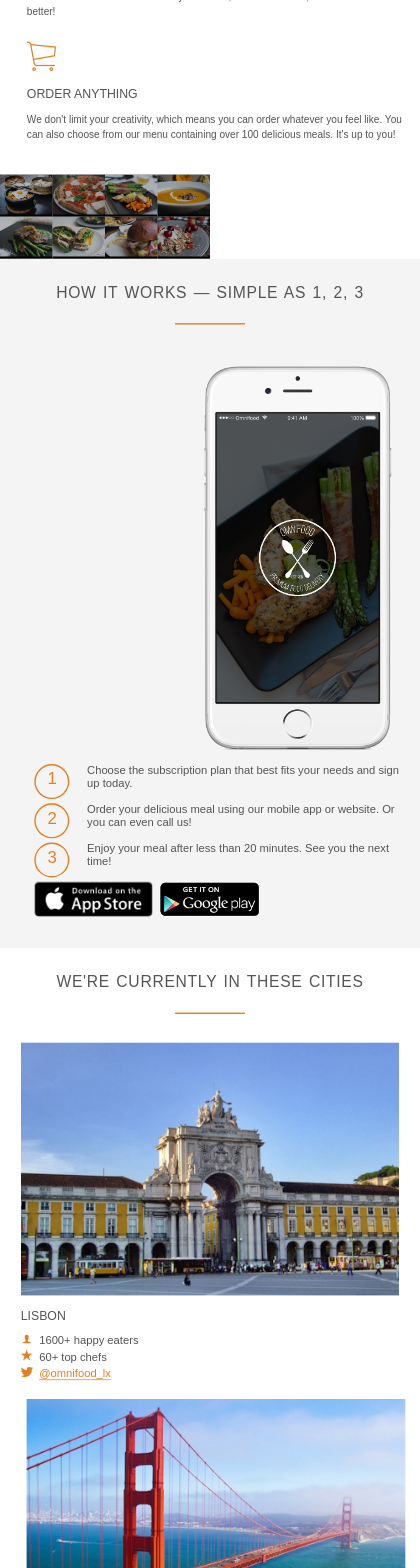
Repository: pboi18/E-Foods
Page: index.html
These files come from the project's save history. The page is drawn as it stood at one moment and after the next save; the edit follows.
The browser window is 600 px wide. The pictures show the part of the page from y = 1551 to 3791 px (the page is 8005 px tall before and 9716 px after), at 70% of full size.
Backgrounds fixed to the window are drawn as part of the page.

Above is the page before, as saved 2020-07-20 18:42:39.

### index.html
<!DOCTYPE html>
<html lang="en">
   <head>
      <meta name="viewport" content="width=device-width, initial-scale=1.0">
      <meta http-equiv="Content-Type" content="text/html;charset=UTF-8">
      <link rel="stylesheet" href="vendors/css/normalize.css">
      <link rel="stylesheet" href="vendors/css/7.1 Grid.css">
      <link rel="stylesheet" href="vendors/css/ionicons.min.css">
      <link rel="stylesheet" href="resources/css/style.css">
      <link rel="stylesheet" href="resources/css/quaries.css">
      <link href='http://fonts.googleapis.com/css?family=Lato:100,300,400,300italic' rel='stylesheet' type='text/css'>
      <title>Ominifoods</title>
   </head>

   <body>
      <header>
         <nav>
               <div class="row">
                  <img src="resources/img/logo-white.png" alt="Ominifood logo" class="logo">

                  <ul class="main-nav">
                     <li><a href="#">Food delivery</a></li>
                     <li><a href="#">How it works</a></li>
                     <li><a href="#">Our cities</a></li>
                     <li><a href="#">Sign up</a></li>
                  </ul>

               </div>
         </nav>
         <div class="hero-text-box">
               <h1>Goodbye junk food. <br> Hello super healthy meals.</h1>
               <a href="#" class="btn btn-full">I’m hungry </a>
               <a href="#" class="btn btn-ghost">Show me more </a>
         </div>

      </header>

      <section class="section-features">
         <div class="row">
               <h2>Get food fast &mdash; not fast food</h2>
               <p class="long-copy">
                  Hello, we’re Omnifood, your new premium food delivery service. We know you’re always busy. No time for cooking. So let us take care of that, we’re really good at it, we promise!
               </p>
         </div>

         <div class="row">
               <div class="col span-1-of-4 box">
                  <i class="ion-ios-infinite-outline icon-big"></i>
                  <h3>Up to 365 days/year</h3>
                  <p>
                     Never cook again! We
                     really mean that. Our subscription
                     plans include up to 365
                     days/year coverage. You can
                     also choose to order more
                     flexibly if that's your style.
                  </p>
               </div>

               <div class="col span-1-of-4 box">
                  <i class="ion-ios-stopwatch-outline icon-big"></i>
                  <h3>Ready in 20 minutes</h3>
                  <p>
                     You're only twenty minutes
                     away from your delicious and
                     super healthy meals delivered
                     right to your home. We work
                     with the best chefs in each
                     town to ensure that you're
                     100% happy.
                  </p>
               </div>

               <div class="col span-1-of-4 box">
                  <i class="ion-ios-nutrition-outline icon-big"></i>
                  <h3>100% organic</h3>
                  <p>
                     All our vegetables are fresh, organic and local. Animals are raised without added hormones or antibiotics. Good for your health, the environment, and it also tastes better!
                  </p>
               </div>

               <div class="col span-1-of-4 box">
                  <i class="ion-ios-cart-outline icon-big"></i>
                  <h3>Order anything</h3>
                  <p>
                     We don't limit your creativity, which means you can order whatever you feel like. You can also choose from our menu containing over 100 delicious meals. It's up to you!
                  </p>
               </div>
         </div>
      </section>

      <section class="section-meals">
         <ul class="meals-showcase clearfix">
               <li>
                  <figure class="meal-photo">
                     <img src="resources/img/1.jpg" alt="Korean bibimbap with egg and vegetables">
                  </figure>
               </li>
               <li>
                  <figure class="meal-photo">
                     <img src="resources/img/2.jpg" alt="Simple italian pizza with cherry tomatoes">
                  </figure>
               </li>
               <li>
                  <figure class="meal-photo">
                     <img src="resources/img/3.jpg" alt="Chicken breast steak with vegetables ">
                  </figure>
               </li>
               <li>
                  <figure class="meal-photo">
                     <img src="resources/img/4.jpg" alt="Autumn pumpkin soup">
                  </figure>
               </li>
         </ul>

         <ul class="meals-showcase clearfix">
               <li>
                  <figure class="meal-photo">
                     <img src="resources/img/5.jpg" alt="Paleo beef steak with vegetables">
                  </figure>
               </li>
               <li>
                  <figure class="meal-photo">
                     <img src="resources/img/6.jpg" alt="Healthy baguette with egg and vegetables">
                  </figure>
               </li>
               <li>
                  <figure class="meal-photo">
                     <img src="resources/img/7.jpg" alt="Burger with cheddar and bacon">
                  </figure>
               </li>
               <li>
                  <figure class="meal-photo">
                     <img src="resources/img/8.jpg" alt="Granola with cherries and strawberries">
                  </figure>
               </li>
         </ul>
      </section>

      <section class="section-steps">
         <div class="row">
               <h2>How it works &mdash; Simple as 1, 2, 3</h2>
         </div>
         <div class="row">
               <div class="col span-1-of-2 steps-box">
                  <img src="resources/img/app-iPhone.png" alt="Ominifood app on iphone" class="app-screen">
               </div>

               <div class="col span-1-of-2 steps-box">
                  <div class="works-step">
                     <div>1</div>
                     <p>Choose the subscription plan that best fits your needs and sign up today.</p>
                  </div>
                  <div class="works-step">
                     <div>2</div>
                     <p>Order your delicious meal using our mobile app or website. Or you can even call us!</p>
                  </div>
                  <div class="works-step">
                     <div>3</div>
                     <p>Enjoy your meal after less than 20 minutes. See you the next time!</p>
                  </div>

                  <a href="#" class="btn-app">
                     <img src="resources/img/download-app.png " alt="App Store Button">
                  </a>
                  <a href="#" class="btn-app" >
                     <img src="resources/img/download-app-android.png" alt="play Store Button">
                  </a>

               </div>
         </div>
      </section>


      <section class="section-cities">
         <div class="row">
            <h2>
               We're currently in these cities
            </h2>
         </div>

         <div class="row">
            <div class="col span-1-of-4 box">
               <img src="resources/img/lisbon-3.jpg" alt="Lisbon">
               <h3>Lisbon</h3>
               <div class="city-feature">
                  <i class="ion-ios-person icon-small"></i>
                  1600+ happy eaters
               </div>
               <div class="city-feature">
                  <i class="ion-ios-star icon-small"></i>
                  60+ top chefs
               </div>
               <div class="city-feature">
                  <i class="ion-social-twitter icon-small"></i>
                  <a href="#">@omnifood_lx</a>
               </div>
            </div>

            <div class="col span-1-of-4 box">
               <img src="resources/img/san-francisco.jpg" alt="San Francisco">
               <h3>San Francisco</h3>
               <div class="city-feature">
                  <i class="ion-ios-person icon-small"></i>
                  3700+ happy eaters
               </div>
               <div class="city-feature">
                  <i class="ion-ios-star icon-small"></i>
                  160+ top chefs
               </div>
               <div class="city-feature">
                  <i class="ion-social-twitter icon-small"></i>
                  <a href="#">@omnifood_sf</a>
               </div>
            </div>

            <div class="col span-1-of-4 box">
               <img src="resources/img/berlin.jpg" alt="Berlin">
               <h3>Berlin</h3>
               <div class="city-feature">
                  <i class="ion-ios-person icon-small"></i>
                  2300+ happy eaters
               </div>
               <div class="city-feature">
                  <i class="ion-ios-star icon-small"></i>
                  110+ top chefs
               </div>
               <div class="city-feature">
                  <i class="ion-social-twitter icon-small"></i>
                  <a href="#">@omnifood_berlin</a>
               </div>
            </div>

            <div class="col span-1-of-4 box">
               <img src="resources/img/london.jpg" alt="London">
               <h3>London</h3>
               <div class="city-feature">
                  <i class="ion-ios-person icon-small"></i>
                  1200+ happy eaters
               </div>
               <div class="city-feature">
                  <i class="ion-ios-star icon-small"></i>
                  50+ top chefs
               </div>
               <div class="city-feature">
                  <i class="ion-social-twitter icon-small"></i>
                  <a href="#">@omnifood_london</a>
               </div>
            </div>
         </div>


      </section>

      <section class="section-testimonials">
         <div class="row">
            <h2>Our customers can't live without us</h2>
         </div>

         <div class="row">
            <div class="col span-1-of-3">
               <blockquote>
                  Omnifood is just awesome! I just launched a startup which leaves me with no time for cooking, so Omnifood is a life-saver. Now that I got used to it, I couldn't live without my daily meals!
                  <cite><img src="resources/img/customer-1.jpg" alt="">Alberto Duncan</cite>
               </blockquote>
            </div>

            <div class="col span-1-of-3">
               <blockquote>
                  Inexpensive, healthy and great-tasting meals, delivered right to my home. We have lots of food delivery here in Lisbon, but no one comes even close to Omifood. Me and my family are so in love!
                  <cite><img src="resources/img/customer-2.jpg" alt="">Joana Silva</cite>
               </blockquote>
            </div>

            <div class="col span-1-of-3">
               <blockquote>
                  I was looking for a quick and easy food delivery service in San Franciso. I tried a lot of them and ended up with Omnifood. Best food delivery service in the Bay Area. Keep up the great work!
                  <cite><img src="resources/img/customer-3.jpg" alt="">Milton Chapman</cite>
               </blockquote>
            </div>
         </div>
      </section>

      <section class="section-plans">
         <div class="row">
            <h2>Start eating healthy today</h2>
         </div>
         <div class="row">
            <div class="col span-1-of-3">
               <div class="plan-box">
                  <div>
                     <h3>Premium</h3>
                     <p class="plan-price">399$ <span>/ month</span></p>
                     <p class="plan-price-meal">That’s only 13.30$ / meal</p>
                  </div>
                  <div>
                     <ul>
                        <li><i class="ion-ios-checkmark-empty icon-small"></i>1 meal every day</li>
                        <li><i class="ion-ios-checkmark-empty icon-small"></i>Order 24/7</li>
                        <li><i class="ion-ios-checkmark-empty icon-small"></i>Access to newest creations</li>
                        <li><i class="ion-ios-checkmark-empty icon-small"></i>Free delivery</li>
                     </ul>
                  </div>
                  <div>
                     <a href="#" class="btn btn-full" >Sign up now </a>
                  </div>
               </div>
            </div>

            <div class="col span-1-of-3">
               <div class="plan-box">
                  <div>
                     <h3>Pro</h3>
                     <p class="plan-price">149$ <span>/ month</span></p>
                     <p class="plan-price-meal">That’s only 14.90$ / meal</p>
                  </div>
                  <div>
                     <ul>
                        <li><i class="ion-ios-checkmark-empty icon-small"></i>1 meal every day</li>
                        <li><i class="ion-ios-checkmark-empty icon-small"></i>Order 24/7</li>
                        <li><i class="ion-ios-checkmark-empty icon-small"></i>Access to newest creations</li>
                        <li><i class="ion-ios-checkmark-empty icon-small"></i>Free delivery</li>
                     </ul>
                  </div>
                  <div>
                     <a href="#" class="btn btn-ghost" >Sign up now </a>
                  </div>
               </div>
            </div>

            <div class="col span-1-of-3">
               <div class="plan-box">
                  <div>
                     <h3>Starter</h3>
                     <p class="plan-price">19$ <span>/ meal</span></p>
                     <p class="plan-price-meal"> &nbsp; </p>
                  </div>
                  <div>
                     <ul>
                        <li><i class="ion-ios-checkmark-empty icon-small"></i>1 meal</li>
                        <li><i class="ion-ios-checkmark-empty icon-small"></i>Order from 8 am to 12 pm</li>
                        <li><i class="ion-ios-close-empty icon-small"></i>Access to newest creations</li>
                        <li><i class="ion-ios-checkmark-empty icon-small"></i>Free delivery</li>
                     </ul>
                  </div>
                  <div>
                     <a href="#" class="btn btn-ghost" >Sign up now </a>
                  </div>
               </div>
            </div>
         </div>
      </section>

      <section class="section-form">
         <div class="row">
            <h2>We're happy to hear from you</h2>
         </div>

         <div class="row">
            <form action="#" method="post" class="contact-form" >
               <div class="row">
                  <div class="col span-1-of-3">
                     <label for="name">Name</label>
                  </div>
                  <div class="col span-2-of-3">
                     <input type="text" name="name" id="name" placeholder="Your name" requried>
                  </div>
               </div>
               <div class="row">
                  <div class="col span-1-of-3">
                     <label for="email">Email</label>
                  </div>
                  <div class="col span-2-of-3">
                     <input type="email" name="email" id="email" placeholder="Your email" requried>
                  </div>
               </div>
               <div class="row">
                  <div class="col span-1-of-3">
                     <label for="find-us">How did you find us?</label>
                  </div>
                  <div class="col span-2-of-3">
                     <select name="find us" id="find-us" required>
                        <option value="None">None</option>
                        <option value="friends">Friends</option>
                        <option value="Social Media">Social Media</option>
                        <option value="Search Engines">Search Engines</option>
                        <option value="Advertisement">Advertisement</option>
                        <option value="Others">Others</option>

                     </select>
                  </div>
               </div>
               <div class="row">
                  <div class="col span-1-of-3">
                     <label for="newsletter">Newsletter</label>
                  </div>
                  <div class="col span-2-of-3">
                     <input type="checkbox" name="checkbox" id="newsletter" >
                  </div>
               </div>
               <div class="row">
                  <div class="col span-1-of-3">
                     <label for="message">Drop us a line</label>
                  </div>
                  <div class="col span-2-of-3">
                     <textarea name="message" id="message" ></textarea>
                  </div>
               </div>
               <div class="row">
                  <div class="col span-1-of-3">
                     <label for="">&nbsp;</label>
                  </div>
                  <div class="col span-2-of-3">
                     <input type="submit" value="Send it!">
                  </div>
               </div>
            </form>
         </div>
      </section>

      <footer>
         <div class="row">
            <div class="col span-1-of-2">
               <ul class="footer-nav">
                  <li><a href="#">About us</a></li>
                  <li><a href="#">Blog </a></li>
                  <li><a href="#">Press</a></li>
                  <li><a href="#">iOS App</a></li>
                  <li><a href="#">Android App</a></li>
               </ul>
            </div>
            <div class="col span-1-of-2">
               <ul class="social-links">
                  <li><a href="#"><i class="ion-social-facebook"></i></a></li>
                  <li><a href="#"><i class="ion-social-twitter"></i></a></li>
                  <li><a href="#"><i class="ion-social-googleplus"></i></a></li>
                  <li><a href="#"><i class="ion-social-instagram"></i></a></li>
               </ul>
            </div>
         </div>
         <div class="row">
            <p>
               Copyright &copy; 2020 by Ominifood. All right reserved
            </p>
         </div>
      </footer>

   </body>


</html>

### resources/css/quaries.css

/* from bg tab to 1200px (widths smaller than the 1140 row) */
@media only screen and (max-width: 1200px) {

    .hero-text-box {
        width: 100%;
        padding:  0 2%;
    }

    .row {
        padding: 0 2%;
    }


}


/* sm tab - bg tab: 768 - 1023px */
@media only screen and (max-width: 1023px) {
    body {
        font-size: 18px;
    }

    section {

        padding: 60px 0;
    }

    .long-copy {
        width: 80%;
        margin-left: 10%;
    }

    .steps-box { margin-top: 10px;}
    .steps-box:last-child { margin-top: 10px;}
    .works-step { margin-bottom: 40px;}
    .works-step:last-of-type { margin-bottom: 60px;}

    .app-screen { width: 50%;}

    .icon-small {
        width: 17px;
        margin-right: 5px;
    }

    .city-featurev{
        font-size: 90%;
    }

    .plan-box {
        width: 100%;
        margin-left: 0%;
    }

    .plan-price {
        font-size: 250%;
    }

    .contact-form{
        width: 80%;
    }
}

/* small phones to small tablets: from 481px - 767px */
@media only screen and (max-width: 767px) {


    body {
        font-size: 16px;
    }
    section {
        padding: 36px 0;
    }

    .row ,
    .hero-text-box {
        padding: 0 4%;
    }

    .col {
        width: 100%;
    }

    .main-nav {
        display: none;
    }

    h1 {
        font-size: 180%;
    }
    h2 {
        font-size: 140%;
    }

    .long-copy {
        width: 100%;
        margin-left: 0%;
    }

    .works-step { margin-bottom: 20px;}
    .works-step:last-of-type { margin-bottom: 20px;}
    .work-step div {
        height: 40px;
        width: 40px;
        margin-right: 15px;
        padding: 4px;
    }

    .meals-showcase {
        list-style: none;
        width: 50%;
    }
    .meals-showcase li {
        display: block;
        float: left;
        width: 25%;
    }
}


/* small phones: from 0 - 480px */
@media only screen and (max-width: 480px) {

}

Loaded but not shown: vendors/css/normalize.css (library); vendors/css/7.1 Grid.css (library); vendors/css/ionicons.min.css (library); resources/css/style.css (593 lines, source omitted)

After the next save:
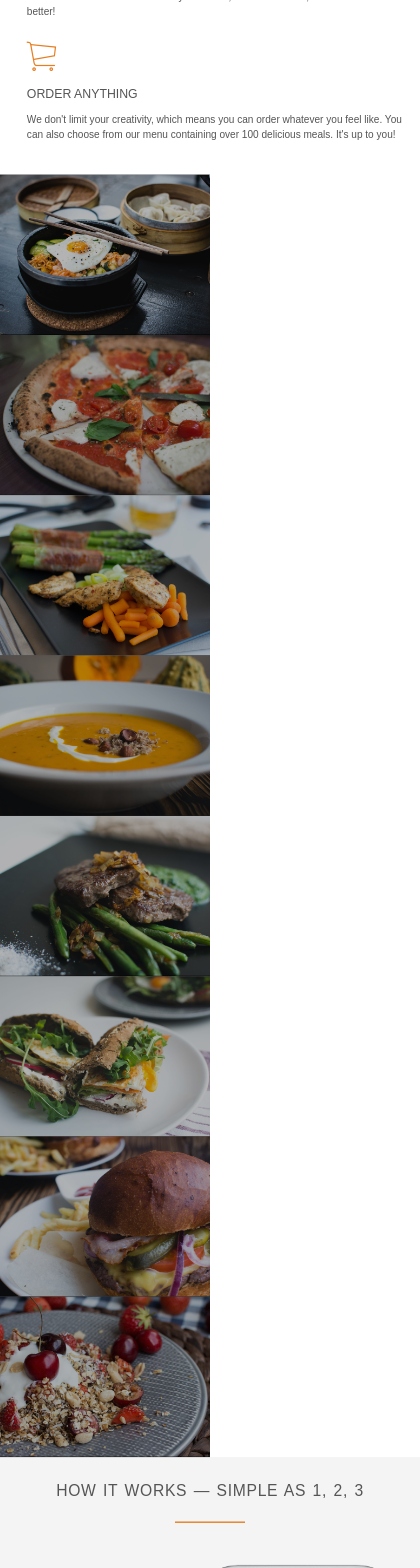
Saved 111 s later.
--- a/resources/css/quaries.css
+++ b/resources/css/quaries.css
@@ -113,7 +113,7 @@
     .meals-showcase li {
         display: block;
         float: left;
-        width: 25%;
+        width: 100%;
     }
 }
 
